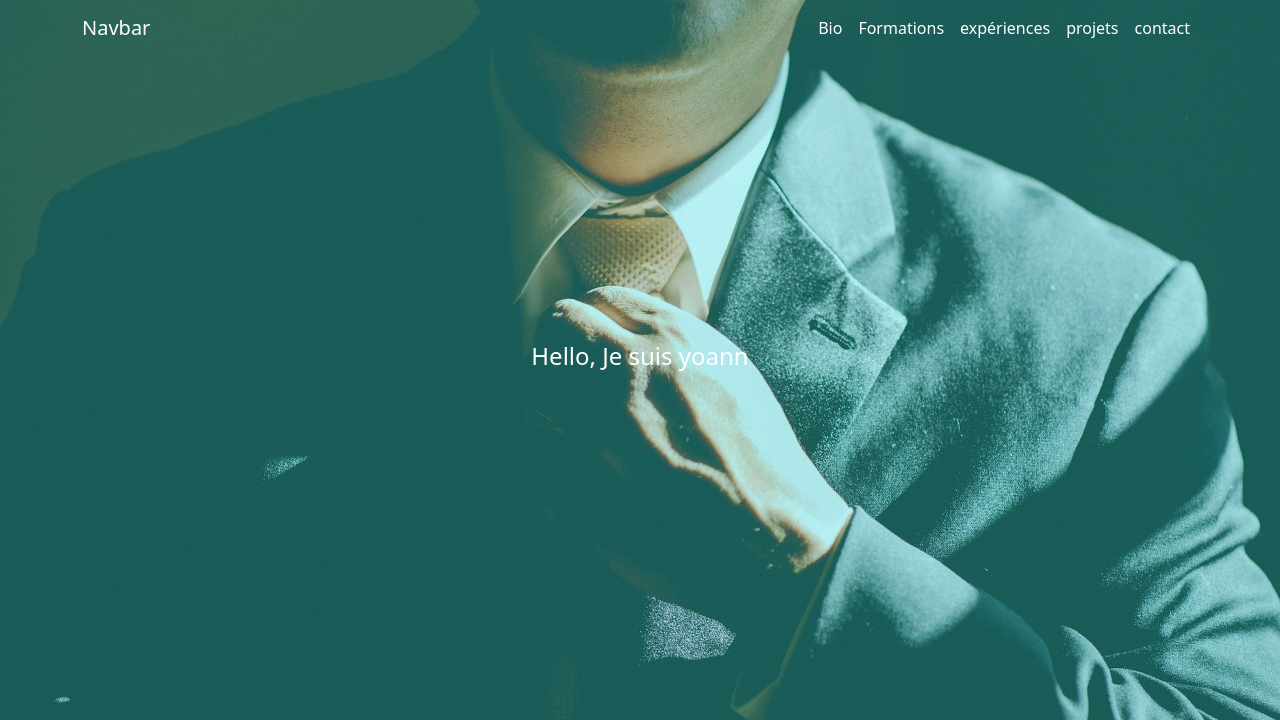
Repository: ypiard85/port-folio-bootstrap-yoann-2021
Page: index.html
These files come from the project's save history. The page is drawn as it stood at one moment and after the next save; the edit follows.
The browser window is 1280 px wide. The pictures show the whole page.

Above is the page before, as saved 2021-03-09 12:25:27.

### index.html
<!DOCTYPE html>
<html lang="en">
<head>
    <meta charset="UTF-8">
    <meta http-equiv="X-UA-Compatible" content="IE=edge">
    <meta name="viewport" content="width=device-width, initial-scale=1.0">
    <!-- CSS only -->
    <link rel="stylesheet" href="./resource/style.css">
<link href="https://cdn.jsdelivr.net/npm/bootstrap@5.0.0-beta2/dist/css/bootstrap.min.css" rel="stylesheet" integrity="sha384-BmbxuPwQa2lc/FVzBcNJ7UAyJxM6wuqIj61tLrc4wSX0szH/Ev+nYRRuWlolflfl" crossorigin="anonymous">
    <title>Document</title>
</head>
<body>

        <nav class="navbar position-fixed w-100 navbar-expand-lg navbar-light">
            <div class="container">
              <a class="navbar-brand" href="#">Navbar</a>
              <button class="navbar-toggler" type="button" data-bs-toggle="collapse" data-bs-target="#navbarNav" aria-controls="navbarNav" aria-expanded="false" aria-label="Toggle navigation">
                <span class="navbar-toggler-icon"></span>
              </button>
              <div class="collapse navbar-collapse" id="navbarNav">
                <ul class="navbar-nav">
                  <li class="nav-item">
                    <a class="nav-link active" aria-current="page" href="#bio">Bio</a>
                  </li>
                  <li class="nav-item">
                    <a class="nav-link" href="#formation">Formations</a>
                  </li>
                  <li class="nav-item">
                    <a class="nav-link" href="#experience">expériences</a>
                  </li>
                  <li class="nav-item">
                    <a class="nav-link" href="#projet">projets</a>
                  </li>
                  <li class="nav-item">
                    <a class="nav-link" href="#contact">contact</a>
                  </li>
                </ul>
              </div>
            </div>
          </nav>

          <header class="container-fluid d-flex align-items-center justify-content-center">
              <h4>Hello, Je suis yoann</h4>
          </header>

<!-- JavaScript Bundle with Popper -->
<script src="https://cdn.jsdelivr.net/npm/bootstrap@5.0.0-beta2/dist/js/bootstrap.bundle.min.js" integrity="sha384-b5kHyXgcpbZJO/tY9Ul7kGkf1S0CWuKcCD38l8YkeH8z8QjE0GmW1gYU5S9FOnJ0" crossorigin="anonymous"></script>
</body>
</html>

### resource/style.css
.navbar-collapse{
    flex-grow: 0!important;
}

nav a{
    color: white!important;
}

header{
    height: 100vh;
    background: gray;
    background-image: linear-gradient(90deg, rgba(0,231,249,0.2780462526807598) 100%, rgba(0,4,24,0.4405112386751575) 74%), url('./image/about-section.jpg');
    background-repeat: no-repeat;
    background-size: cover;
    background-position: top center;
    color: white;
}

After the next save:
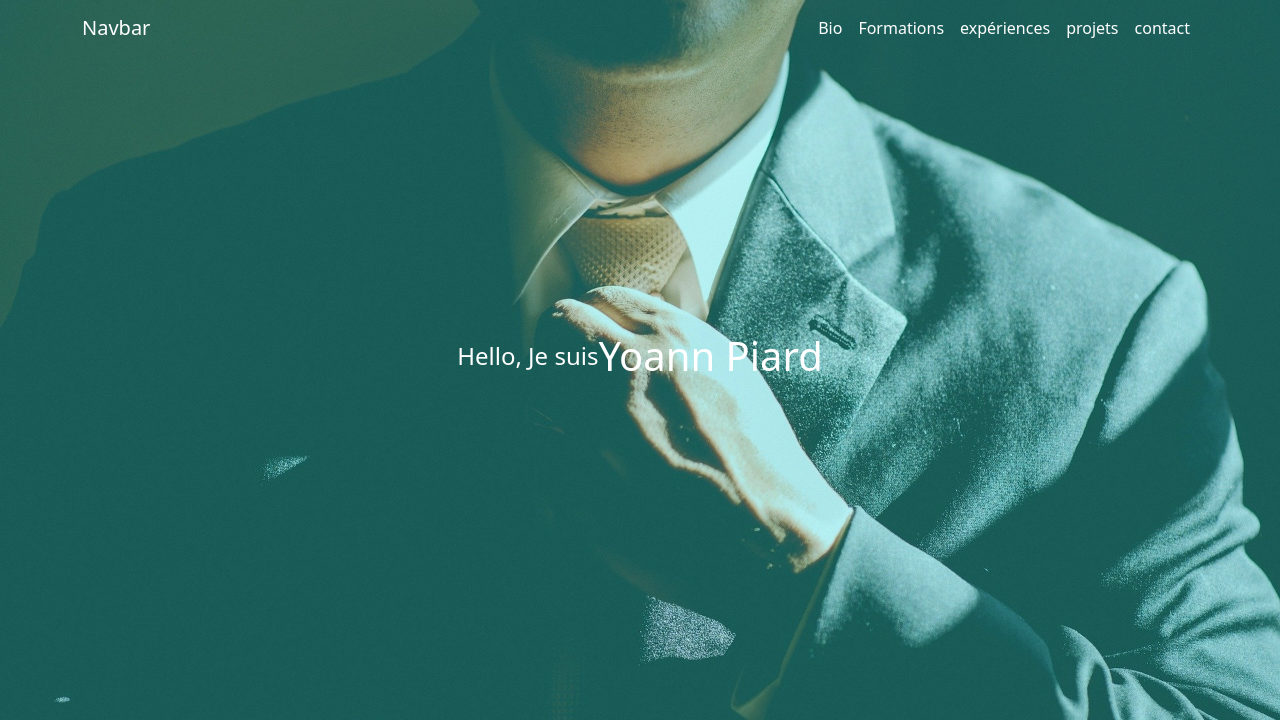
Saved 12 s later.
--- a/index.html
+++ b/index.html
@@ -40,7 +40,8 @@
           </nav>
 
           <header class="container-fluid d-flex align-items-center justify-content-center">
-              <h4>Hello, Je suis yoann</h4>
+              <h4>Hello, Je suis</h4>
+              <h1>Yoann Piard</h1>
           </header>
 
 <!-- JavaScript Bundle with Popper -->
